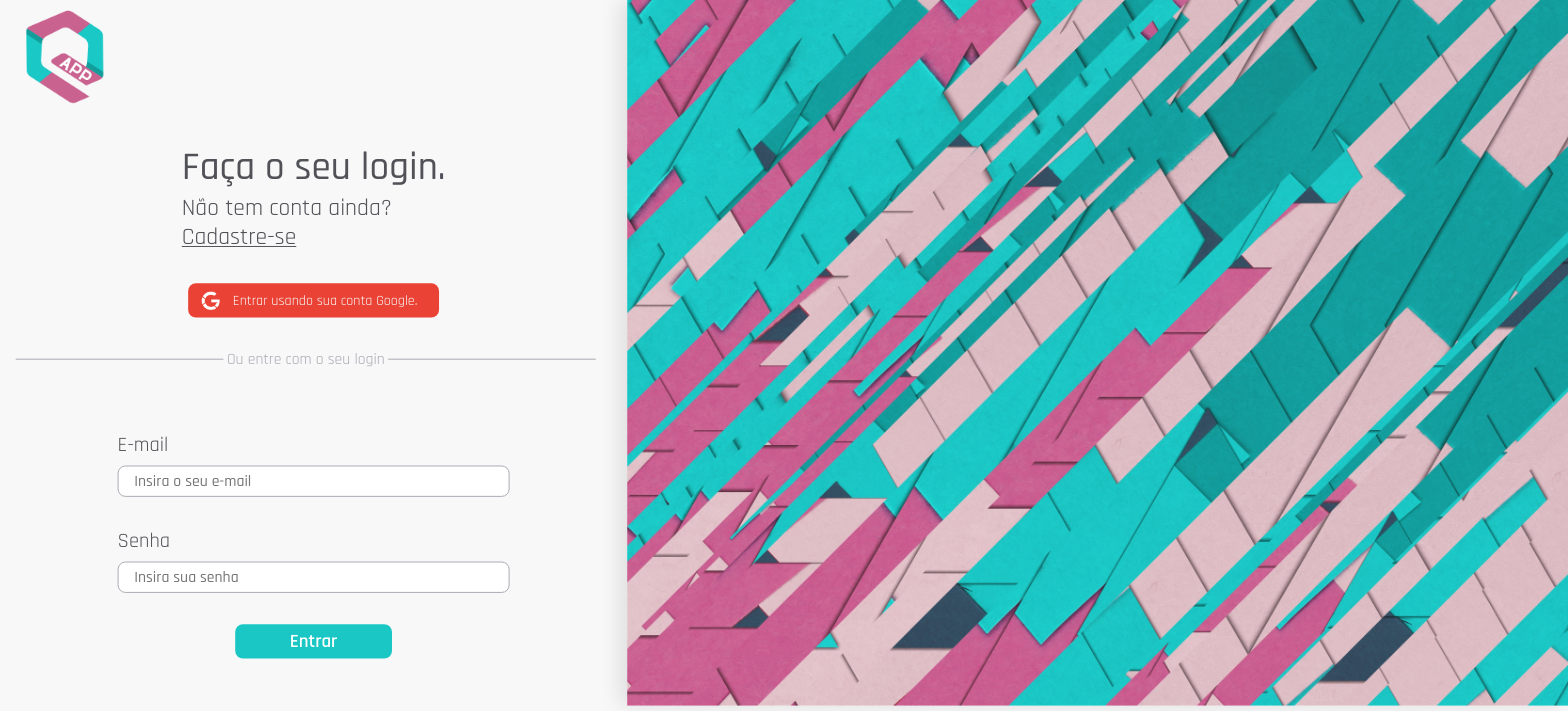
Repository: kika-cavalher/qapp-web
Page: /
These files come from the project's save history. The page is drawn as it stood at one moment and after the next save; the edit follows.
The browser window is 1280 px wide. The page is 1600 px wide, so the pictures cover 1600 px, including what lies to the right of the window. The pictures show the whole page, at 98% of full size.
The page's requests for data from a server got no answer. The project was rebuilt for these pictures with package versions that can differ from the ones it lists, and the page was loaded fresh each time. No one was signed in, and anything a server would have sent is missing. Also part of the build but not shown: src/pages/Register.tsx.

Above is the page before, as saved 2022-02-28 17:09:33.

### public/index.html
<!DOCTYPE html>
<html lang="pt-br">
  <head>
    <meta charset="utf-8" />
    <meta name="viewport" content="width=device-width, initial-scale=1" />

    <link rel="preconnect" href="https://fonts.googleapis.com">
    <link rel="preconnect" href="https://fonts.gstatic.com" crossorigin>
    <link href="https://fonts.googleapis.com/css2?family=Rajdhani:wght@300;400;500;600;700&display=swap" rel="stylesheet">

    <title>QApp</title>
  </head>
  <body>
    <noscript>You need to enable JavaScript to run this app.</noscript>
    <div id="root"></div>
  </body>
</html>

### src/index.tsx
import React from 'react';
import ReactDOM from 'react-dom';
import App from './App';

import './styles/global/styles.scss';
import './services/firebase'


ReactDOM.render(
  <React.StrictMode>
    <App />
  </React.StrictMode>,
  document.getElementById('root')
);

### src/App.tsx
import { BrowserRouter, Routes, Route } from "react-router-dom";

import { LoginPage } from "./pages/Login";
import { RegisterPage } from "./pages/Register";

function App() {
  return (
    <BrowserRouter>
      <Routes>
        <Route path="/" element={<LoginPage />} />
        <Route path="register" element={<RegisterPage  />} />
      </Routes>
    </BrowserRouter>
  );
}

export default App;

### src/styles/global/styles.scss
@import 'variables.scss';

* {
    box-sizing: border-box;
    margin: 0;
    padding: 0;
  }

  body {
    background: $white-offwhite;
    color: $dark-grey;
  }

  body, input, button, textarea {
    font: 400 16px 'Rajdhani', sans-serif;
  }

### src/services/firebase.ts
import { initializeApp } from "firebase/app";
import { getAuth } from "firebase/auth";
import { getFirestore } from 'firebase/firestore/lite';


const firebaseConfig = {
    apiKey: process.env.REACT_APP_API_KEY,
    authDomain: process.env.REACT_APP_AUTH_DOMAIN,
    databaseURL: process.env.REACT_APP_DATABASE_URL,
    projectId: process.env.REACT_APP_PROJECT_ID,
    storageBucket: process.env.REACT_APP_STORAGE_BUCKET,
    messagingSenderId: process.env.REACT_APP_MESSAGING_SENDER_ID,
    appId: process.env.REACT_APP_APP_ID
  };

const app = initializeApp(firebaseConfig);

export const auth = getAuth();
export const db = getFirestore(app);

### src/pages/Login.tsx
import { Link } from 'react-router-dom'
import { useNavigate } from 'react-router-dom';

import imgLogin from '../assets/images/imgLogin.jpg';
import logoQapp from '../assets/images/logoQapp.png';
import googleIconImg from '../assets/icon/googleIconImg.png';

import '../styles/pages/login.scss'

import { Button } from '../components/Button';

export function LoginPage() {
    const history = useNavigate();

    function navigateToHome(e: { preventDefault: () => void; }) {
        e.preventDefault();
        history('/');
    }

    return (
        <div id="page-login">
            <main>
                <div className='page-login--main__container'>
                    <div className='page-login--main__logo'>
                        <img onClick={navigateToHome} id="img-logo" src={logoQapp} alt="Logo da empresa QApp" />
                    </div>
                    <div className='page-login--main__title'>
                        <div className='page-login--container__title'>
                            <h1>Faça o seu login.</h1>
                            <h2>Não tem conta ainda? </h2>
                            <Link to='/register' className='page-login--main__link-register'>
                            Cadastre-se
                            </Link>
                        </div>
                    </div>
                    <div className='page-login--main__google'>
                        <button className='btn__google'>
                            <img id="img-icon__google" src={googleIconImg} alt="Logo da empresa QApp" />
                            <p>Entrar usando sua conta Google.</p>
                        </button>
                    </div>
                    <div className='page-login--main__divider'>
                        <div>Ou entre com o seu login</div>
                    </div>
                    <div className='page-login--main__login-forms'>
                        <form>
                            <div className='page-login--login-forms__name'>
                                <p>E-mail</p>
                                <input type="text" placeholder="Insira o seu e-mail"/>
                            </div>
                            <div className='page-login--login-forms__password'>
                                <p>Senha</p>
                                <input type="text" placeholder="Insira sua senha"/>
                            </div>
                            <div className='btn__send'>
                                <Button type="submit">Entrar</Button>
                            </div>
                        </form>
                    </div>
                </div>

                <div className='page-login--main__img'>
                    <img src={imgLogin} alt="Imagem decorativa na pagina" />
                </div>
            </main>
        </div>
    )
}

### src/styles/global/variables.scss
//colors
$white: #fff;
$white-offwhite: #f8f8f8;
$grey_border: #a8a8b3;
$dark-grey: #515158;

$turquoise: #1ac7c5;
$dark-greenish: #119d9c;
$dark-pink: #c86291;
$light-pink: #ddbcc3;

$red_google: #ea4335;

// media queries
$monitor-width: 1300px;
@mixin monitor {
    @media (min-width: #{$monitor-width}) {
        @content;
    }
}

$notebook-width: 1300px;
@mixin notebook {
    @media (max-width: #{$notebook-width}) {
        @content;
    }
}

$tablet-width: 850px;
@mixin tablet {
    @media (max-width: #{$tablet-width}){
        @content;
    }
}

$phone-width: 500px;
@mixin phone {
    @media (max-width: #{$phone-width}){
        @content;
    }
}

$screen-slim: 650px;
@mixin slim {
    @media (max-height: #{$screen-slim}) {
        @content;
    }
}

### src/styles/pages/login.scss
@import '../global/variables.scss';


#page-login {
    background: $white-offwhite;
    display: flex;
    height: 100vh;

}

main{
    display: flex;
    flex-direction: row;
}

.page-login--main__container {
    display: flex;
    flex-direction: column;
    padding: 0 1rem;

    @include monitor {
        width: 40vw;
    }

    @include notebook {
        width: 50vw;
    }

    @include tablet {
        width: 100vw;
    }
}

.page-login--main__logo {

    #img-logo {
        cursor: pointer;
        margin-top: 0.5rem;
        width: 100px;
    }
}

.page-login--main__title {
    display: flex;
    flex-direction: column;
    align-items: center;
    margin: 2rem 0;

    @include monitor {
        margin: 2rem 3rem;
    }

    @include tablet {
    }

    @include phone {
    }
}

.page-login--container__title{
    h1 {
        font-weight: 500;

        @include monitor {
            font-size: 3.2rem;
        }

        @include notebook {
            font-size: 2.5rem;
        }

        @include tablet {
            font-size: 2rem;
        }

        @include phone {
            font-size: 1.8rem;
        }

        @include slim {
            font-size: 2rem;
        }
    }

    h2 {
        font-weight: 400;

        @include monitor {
            font-size: 2rem;
        }

        @include notebook {
            font-size: 1.5rem;
        }

        @include tablet {
            font-size: 1.3rem;
        }

        @include phone {
            font-size: 1.1rem;
        }

        @include slim {
            font-size: 1.3rem;
        }
    }

    .page-login--main__link-register {
        color: $dark-grey;
        cursor: pointer;
        font-weight: 400;
        text-decoration: underline 1px;
        text-underline-position: from-font;

        @include monitor {
            font-size: 2rem;
        }

        @include notebook {
            font-size: 1.5rem;
        }

        @include tablet {
            font-size: 1.3rem;
        }

        @include phone {
            font-size: 1.1rem;
        }

        @include slim {
            font-size: 1.3rem;
        }

            &:hover {
                font-weight: 600;
            }
        }
}

.page-login--main__google {
    align-self: center;
    display: flex;

    @include monitor {
        margin: 2rem 0;
        width: 18rem;
    }

    @include notebook {
        width: 16rem;
    }

    @include tablet {
        width: 14.5rem;
    }

    @include phone {
        width: 14.5rem;
    }

    @include slim {
        margin: 1rem 0;
        width: 15rem;
    }

}

@include monitor {
}

@include notebook {
}

@include tablet {
}

@include phone {
}

@include slim {
}
.page-login--main__divider {
    color: $grey_border;
    font-size: 1rem;

    align-items: center;
    display: flex;
    margin: 2rem 1rem 2rem 0;

    &::before {
        background: $grey_border;
        content: '';
        flex: 1;
        margin-right: 0.2rem;
        height: 1px;
    }

    &::after {
        background: $grey_border;
        content: '';
        flex: 1;
        margin-left: 0.2rem;
        height: 1px;
    }
}

.page-login--main__login-forms {
    display: flex;
    justify-content: center;
    width: 100%;

    form {
        align-items: center;
        display: flex;
        flex-direction: column;
        margin: 2rem 0;
        max-width: 25rem;
        width: 75%;

        p {
            font-size: 1.3rem
        }

        input {
            background: $white;
            border: 1px solid $grey_border;
            border-radius: 8px;
            color: $dark-grey;
            font-weight: 500;
            height: 2rem;
            margin: 0.5rem 0;
            outline: none;
            padding: 0 16px;
            width: 100%;

            &:hover {
                border: 2px solid $dark-greenish;
            }

            &:focus-visible {
                border: 2px solid $dark-greenish;
            }
        }
    }
}

.page-login--login-forms__name{
    width: 100%;
}

.page-login--login-forms__password{
    margin: 1.5rem 0;
    width: 100%;
}

.page-login--main__img {

    img {
        box-shadow: -8px 0px 20px rgba(0, 0, 0, 0.1);
        height: 100vh;
    }

    @include monitor {
        display: block;
        width: 60vw;
    }

    @include notebook {
        width: 50vw;
    }

    @include tablet {
        display: none;
    }
}

### src/components/Button.tsx
import {ButtonHTMLAttributes} from 'react'

import '../styles/global/button.scss'

type ButtonProps = ButtonHTMLAttributes<HTMLButtonElement>

export function Button (props:ButtonProps) {
    return (
        <button className="button" {...props} />
    )
}


/* import { useNavigate } from 'react-router-dom'; */


/*     const history = useNavigate();

    function navigateToRegisterPage(e: { preventDefault: () => void; }) {
        e.preventDefault();
        history('/register');
    } */

### src/styles/global/button.scss
@import '../global/variables.scss';

.btn__send {

    button {
        align-items: center;
        background: $turquoise;
        border: 0;
        border-radius: 8px;
        color: $white;
        cursor: pointer;
        display: flex;
        flex-direction: row;
        font-size: 1.2rem;
        font-weight: 600;
        height: 35px;
        justify-content: center;
        width: 10rem;
    }
}

.btn__google {
    align-items: center;
    background: $red_google;
    border: 0;
    border-radius: 8px;
    color: $white-offwhite;
    cursor: pointer;
    display: flex;
    flex-direction: row;
    transition: filter 0.2s;
    width: 100%;

    @include monitor {
        font-size: 1rem;
        height: 35px;
    }

    @include notebook {
        font-size: 0.9rem;
        height: 35px;
    }

    @include tablet {
        font-size: 0.8rem;
        height: 35px;
    }

    @include phone {
        font-size: 0.8rem;
        height: 35px;
    }

    @include slim {
        font-size: 0.8rem;
        height: 35px;
    }

    #img-icon__google {
        margin: 0 5%;
        width: 20px;
    }
}

After the next save:
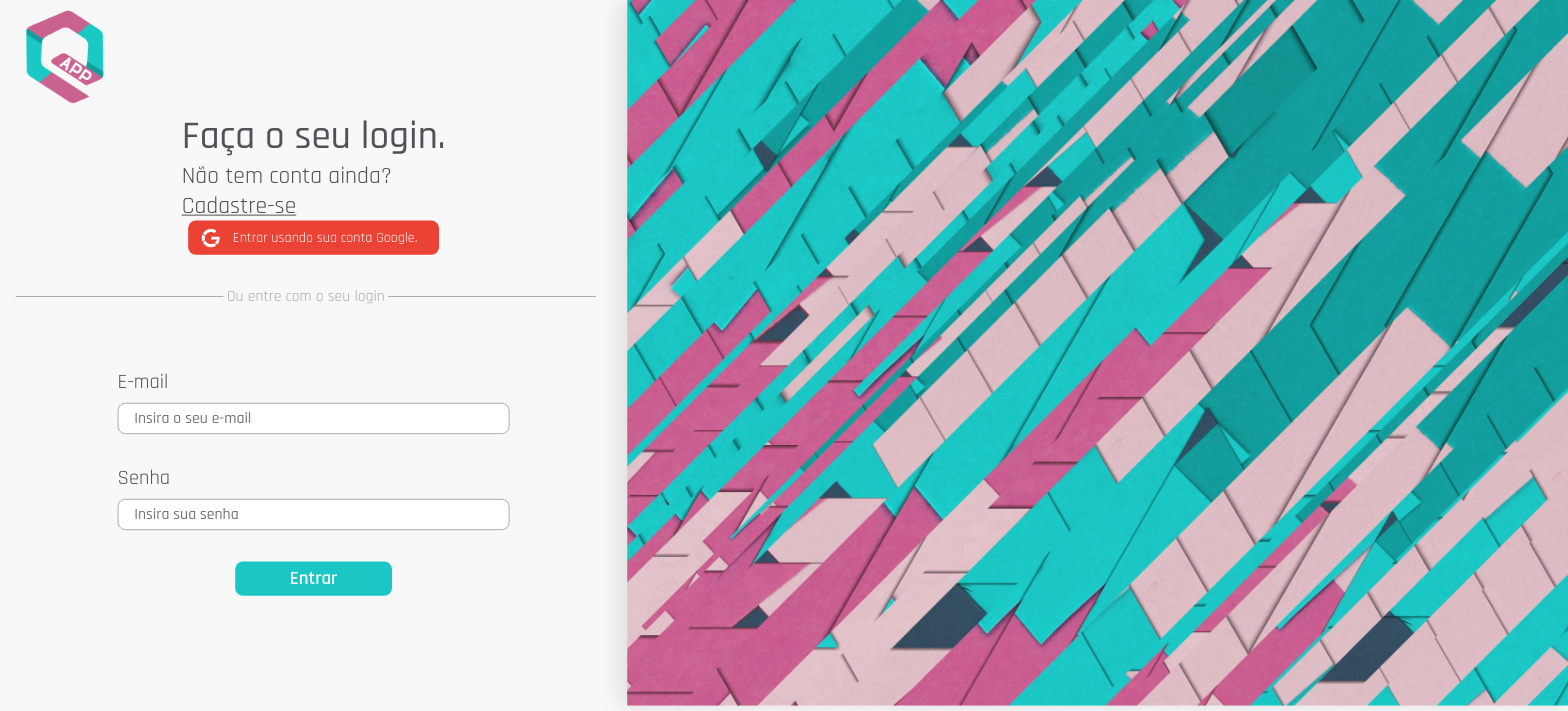
Saved 91 s later.
--- a/src/styles/pages/login.scss
+++ b/src/styles/pages/login.scss
@@ -44,10 +44,9 @@ main{
     display: flex;
     flex-direction: column;
     align-items: center;
-    margin: 2rem 0;
-
-    @include monitor {
-        margin: 2rem 3rem;
+
+    @include monitor {
+        margin: 0;
     }
 
     @include tablet {
